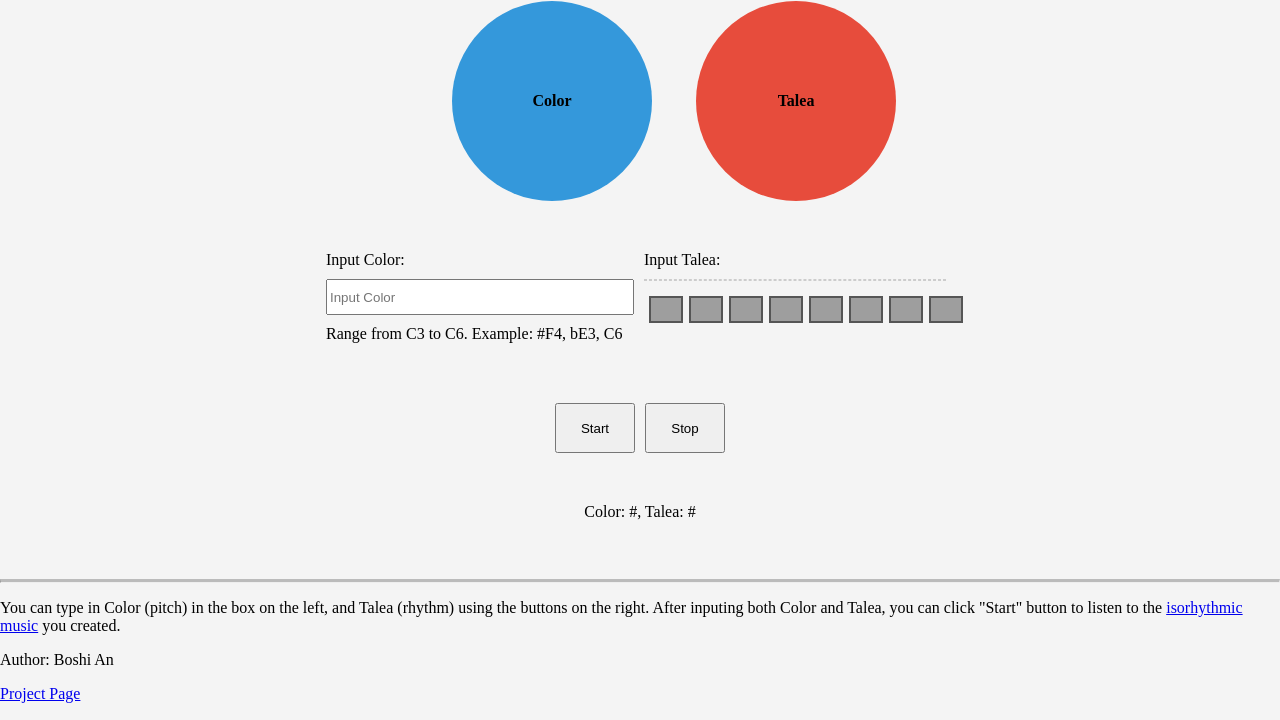
Repository: boshi-an/Isorhythm
Page: .vscode/Isorhythm/index.html
These files come from the project's save history. The page is drawn as it stood at one moment and after the next save; the edit follows.
The browser window is 1280 px wide. The pictures show the whole page.
Pictures or frames that could not be fetched are drawn as grey boxes.

Above is the page before, as saved 2023-10-21 00:48:25.

After the next save:
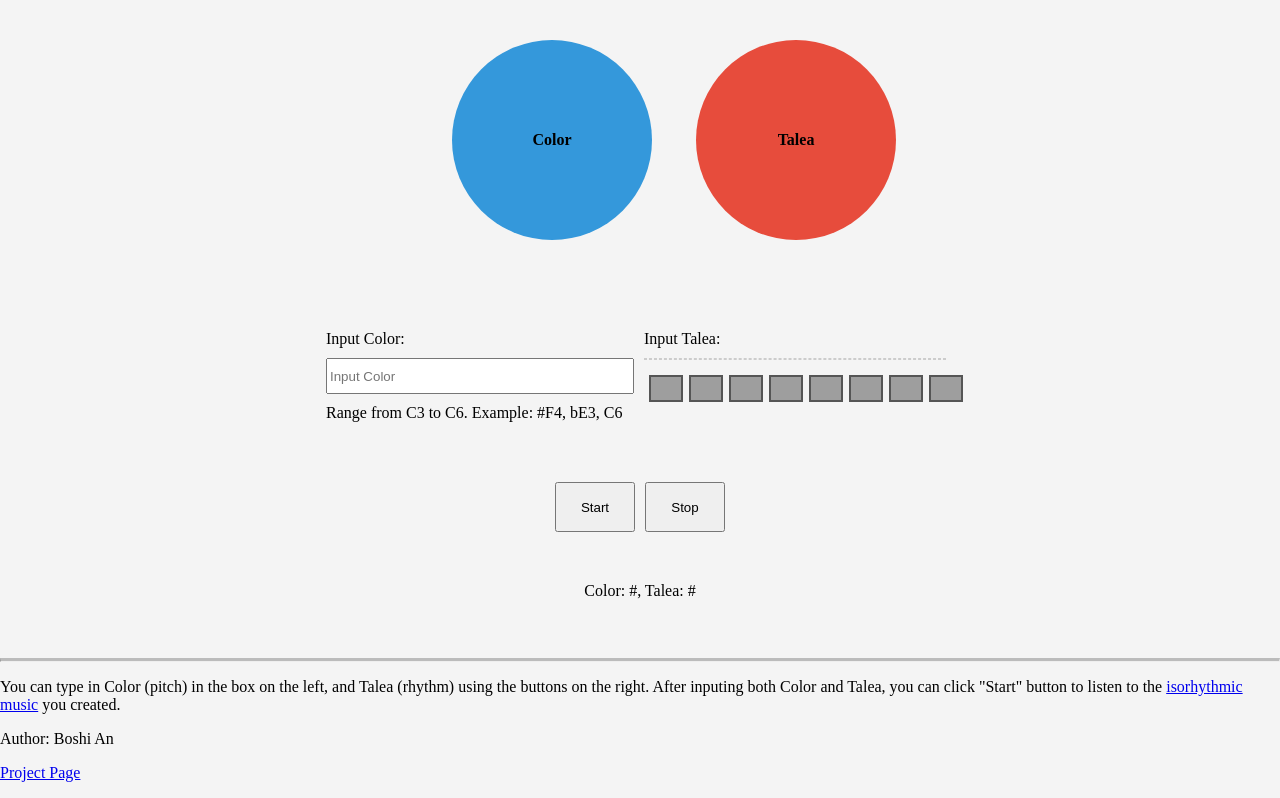
Saved 3 min 51 s later.
--- a/.vscode/Isorhythm/styles.css
+++ b/.vscode/Isorhythm/styles.css
@@ -6,7 +6,7 @@ body {
     /* Center the content vertically */
     align-items: center;
     /* Center the content horizontally */
-    height: 100vh;
+    /* height: 130vh; */
     background-color: #f4f4f4;
     overflow: scroll;
     margin: 0;
@@ -18,6 +18,7 @@ body {
     display: flex;
     align-items: center;
     width: 420px;
+    margin: 40px;
     /* Adjust based on your circle sizes */
 }
 
@@ -168,3 +169,5 @@ hr {
 hr.solid {
     border-top: 3px solid #bbb;
 }
+
+.footer {}
